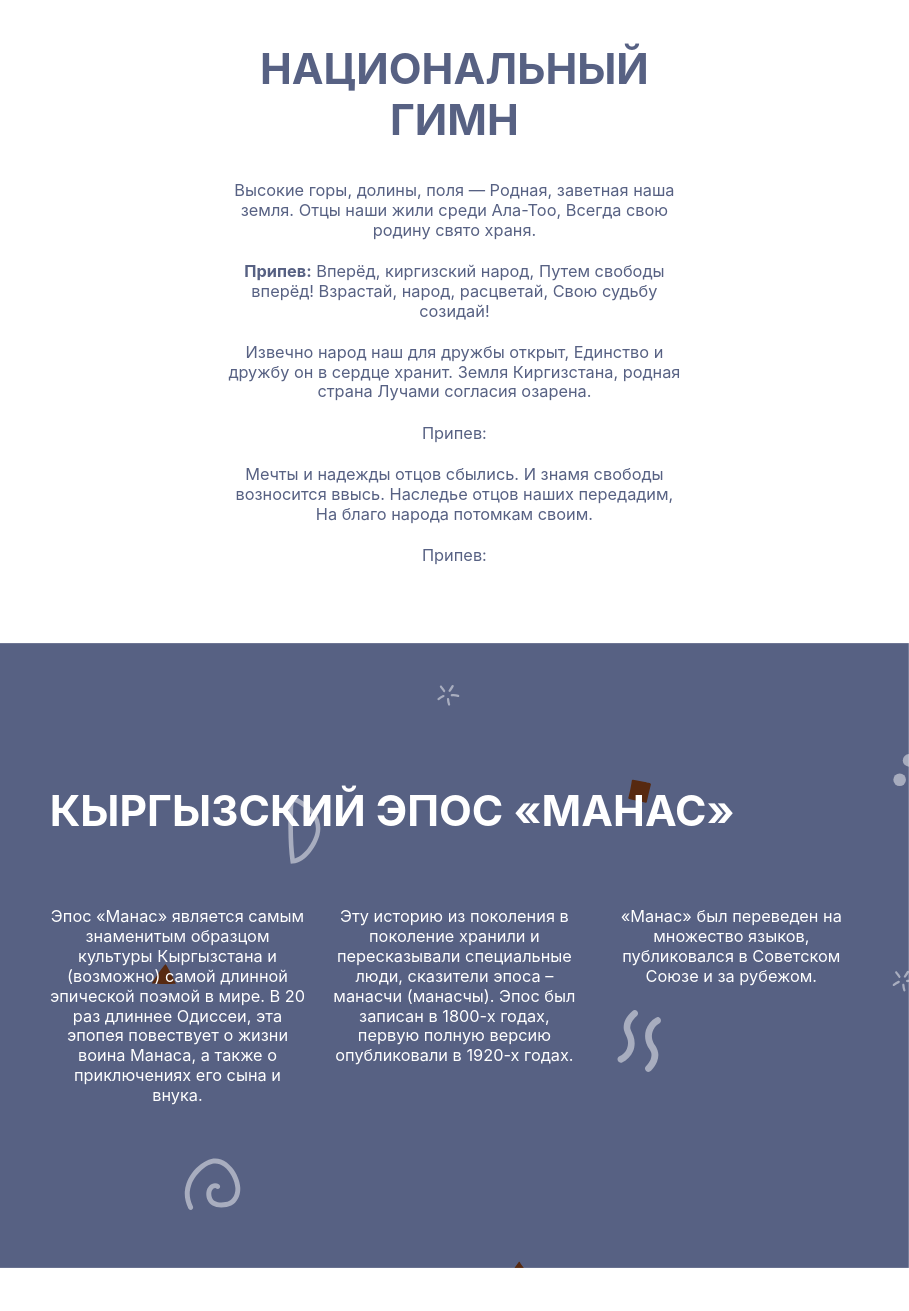
Repository: bek77g/KG_Bekzat
Page: index.html
These files come from the project's save history. The page is drawn as it stood at one moment and after the next save; the edit follows.
The browser window is 1280 px wide. The pictures show the part of the page from y = 828 to 2674 px (the page is 7350 px tall), at 71% of full size.
A picture or video elsewhere on the page could not be fetched, so the positions and the page height are approximate.

Above is the page before, as saved 2022-05-06 23:25:00.

### index.html
<!DOCTYPE html>
<html lang="en">
   <head>
      <meta charset="UTF-8" />
      <meta http-equiv="X-UA-Compatible" content="IE=edge" />
      <meta name="viewport" content="width=device-width, initial-scale=1.0" />
      <link rel="stylesheet" href="style.css" />
      <title>Document</title>
   </head>
   <body>
      <div class="top-menu-space"></div>
      <label class="not-visible" for="close-menu">Close Menu</label>
      <input
         class="close-menu"
         type="checkbox"
         id="close-menu"
         role="button"
         aria-label="Close Menu"
         />
      <aside class="menu">
         <div>
            <h1 class="logo">
               <a
                  onclick="getElementById('close-menu').checked = false;"
                  href="#home"
                  >Культура Кыргызстана</a
                  >
            </h1>
            <nav>
               <ul onclick="getElementById('close-menu').checked = false;">
                  <li>
                     <a href="#intro">Гимн</a>
                  </li>
                  <li>
                     <a href="#top-3">Эпос «Манас»</a>
                  </li>
                  <li>
                     <a href="#gallery">Галлерея</a>
                  </li>
                  <li>
                     <a href="#latest-work">Юрты</a>
                  </li>
                  <li>
                     <a href="#footer">Музеи</a>
                  </li>
               </ul>
            </nav>
         </div>
      </aside>
      <section class="section primary-background bg-svg-1">
         <div id="home"></div>
         <header id="main-header" class="main-header section-content">
            <div class="main-header-content">
               <h2>Культура Кыргызстана</h2>
               <p>
                  Культура Кыргызстана формировалась под сильным воздействием кочевой жизни. Кроме того, на неё оказали влияние культуры России, Персии и Турции, и все же она осталась довольно самобытной и уникальной. Связь кыргызской культуры с природой прослеживается везде: от дизайна до музыки. Одним из самых известных примеров кыргызской культуры является эпос «Манас» - невероятно длинное стихотворение, которое передавалось устно от одного поколения к другому.
               </p>
            </div>
            <img class="main-header-logo" src="https://www.advantour.com/img/kyrgyzstan/culture/kyrgyzstan-culture.jpg" alt="">
         </header>
      </section>
      <div id="intro" class="section white-background">
         <div class="section-content">
            <div class="text-container">
               <article>
                  <h2>Национальный гимн</h2>
                  <p>
                     Высокие горы, долины, поля —
                     Родная, заветная наша земля.
                     Отцы наши жили среди Ала-Тоо,
                     Всегда свою родину свято храня.
                  </p>
                  <p>
                     <b>Припев:</b>
                     Вперёд, киргизский народ,
                     Путем свободы вперёд!
                     Взрастай, народ, расцветай,
                     Свою судьбу созидай!
                  </p>
                  <p>
                     Извечно народ наш для дружбы открыт,
                     Единство и дружбу он в сердце хранит.
                     Земля Киргизстана, родная страна
                     Лучами согласия озарена.
                  </p>
                  <p>Припев:</p>
                  <p>Мечты и надежды отцов сбылись.
                     И знамя свободы возносится ввысь.
                     Наследье отцов наших передадим,
                     На благо народа потомкам своим.
                  </p>
                  <p>Припев:</p>
               </article>
            </div>
         </div>
      </div>
      <section id="top-3" class="section primary-background bg-svg-1">
         <div class="section-content portfolio">
            <div class="full-height">
               <header class="section-header">
                  <h2>Кыргызский эпос «Манас»</h2>
               </header>
               <div class="grid-section">
                  <article>
                     <p>
                        Эпос «Манас» является самым знаменитым образцом культуры Кыргызстана и (возможно) самой длинной эпической поэмой в мире. В 20 раз длиннее Одиссеи, эта эпопея повествует о жизни воина Манаса, а также о приключениях его сына и внука.
                     </p>
                  </article>
                  <article>
                     <p>
                        Эту историю из поколения в поколение хранили и пересказывали специальные люди, сказители эпоса – манасчи (манасчы). Эпос был записан в 1800-х годах, первую полную версию опубликовали в 1920-х годах.
                     </p>
                  </article>
                  <article>
                     <p>
                        «Манас» был переведен на множество языков, публиковался в Советском Союзе и за рубежом.
                     </p>
                  </article>
               </div>
            </div>
         </div>
      </section>
      <section id="gallery" class="section white-background">
         <div class="section-content portfolio">
            <div class="full-height">
               <header class="section-header">
                  <h2>Галлерея</h2>
                  <p>Достопримечательности и природа Кыргызстана</p>
               </header>
               <div class="grid-section">
                  <div class="gallery-images">
                     <img
                        src="https://www.advantour.com/img/kyrgyzstan/culture/kyrgyzstan-culture-monuments.jpg"
                        alt="Random Image"
                        />
                  </div>
                  <div class="gallery-images">
                     <img
                        src="https://www.advantour.com/img/kyrgyzstan/culture/kyrgyzstan-culture-costumes.jpg"
                        alt="Random Image"
                        />
                  </div>
                  <div class="gallery-images">
                     <img
                        src="https://www.advantour.com/img/kyrgyzstan/culture/kyrgyzstan-culture-yurts.jpg"
                        alt="Random Image"
                        />
                  </div>
                  <div class="gallery-images">
                     <img
                        src="https://www.advantour.com/img/kyrgyzstan/culture/kyrgyzstan-culture-textile.jpg"
                        alt="Random Image"
                        />
                  </div>
                  <div class="gallery-images">
                     <img
                        src="https://www.advantour.com/img/kyrgyzstan/culture/kyrgyzstan-culture-music.jpg"
                        alt="Random Image"
                        />
                  </div>
                  <div class="gallery-images">
                     <img
                        src="https://www.advantour.com/img/kyrgyzstan/culture/kyrgyzstan-culture-literature.jpg"
                        alt="Random Image"
                        />
                  </div>
                  <div class="gallery-images">
                     <img
                        src="https://external-content.duckduckgo.com/iu/?u=https%3A%2F%2Fi.pinimg.com%2Foriginals%2Fca%2F30%2F54%2Fca30541ad167cfe5857a0a7924ac3b3c.jpg&f=1&nofb=1"
                        alt="Random Image"
                        />
                  </div>
                  <div class="gallery-images">
                     <img
                        src="https://external-content.duckduckgo.com/iu/?u=https%3A%2F%2Ftse1.mm.bing.net%2Fth%3Fid%3DOIP.U_SMab4-BsffhtL9JytBXAHaGd%26pid%3DApi&f=1"
                        alt="Random Image"
                        />
                  </div>
                  <div class="gallery-images">
                     <img
                        src="https://external-content.duckduckgo.com/iu/?u=https%3A%2F%2Fi.pinimg.com%2Foriginals%2F46%2Fbd%2F55%2F46bd559725f291ae3466d5f51aa2dd99.jpg&f=1&nofb=1"
                        alt="Random Image"
                        />
                  </div>
               </div>
            </div>
         </div>
      </section>
      <section id="latest-work" class="section primary-background bg-svg-1">
         <div class="section-content portfolio">
            <div class="full-height">
               <h2>Кыргызские юрты</h2>
               <div class="grid-section">
                  <article>
                     <p>
                        Юрты - одна из важнейших частей кыргызской культуры, и это больше, чем просто дома. Они символизируют семью, землю и вселенную и покрывают все этапы жизни от рождения до смерти. С юртами связана большая часть кыргызской культуры, от важных ритуалов и церемоний, до ремесленничества и традиционного мастерства.
                     </p>
                  </article>
                  <article>
                     <p>
                        Кыргызские юрты сделаны из куполообразных березовых ветвей, привязанных к решетке, которая образует вертикальные стены. Наружная сторона сделана из войлока и шерсти – теплых водоотталкивающих материалов, которые легко чинятся. Решетчатый круг в центре купола юрты образует один из важнейших символов семьи и Вселенной - тундюк.
                     </p>
                  </article>
                  <div>
                     <img src="https://external-content.duckduckgo.com/iu/?u=https%3A%2F%2Ftse1.mm.bing.net%2Fth%3Fid%3DOIP.dO80GlJ43yFe0yd84VKvNgHaE8%26pid%3DApi&f=1" alt="">
                     <img src="https://external-content.duckduckgo.com/iu/?u=https%3A%2F%2Ftse4.mm.bing.net%2Fth%3Fid%3DOIP.8JaFWwNGWMas28dDpVPfrAHaEx%26pid%3DApi&f=1" alt="">
                  </div>
               </div>
            </div>
         </div>
      </section>
      <div id="pricing" class="section white-background">
         <div class="section-content">
            <div class="text-container">
               <article>
                  <h2>Кыргызская музыка</h2>
                  <p>
                     Кыргызская музыка примечательна тем, что повествует о природе и жизни в горах. Тексты многих песен рассказывают о буднях кочевников, и даже в композициях, где нет слов, тонко передано соответствующее настроение. В Кыргызстане есть множество музыкальных инструментов
                  </p>
                  <div class="responsive-table">
                     <ul>
                        <li>Наиболее знаковым является комуз, трехструнный инструмент, напоминающий небольшую гитару</li>
                        <li>Кыл-кыяк (кыяк) – струнный инструмент со смычком. Его изготавливают из тех же пород дерева, что и камуз. Инструмент имеет две струны и смычок – джаа. У кыяка форма ковша, с открытой верхней половиной, а нижняя обтянута верблюжьей кожей.</li>
                        <li>Темир-комуз - щипковый язычковый музыкальный инструмент.</li>
                        <li>Чопо-чоор (глиняный «чор») – древний духовой инструмент. Исполнитель держит инструмент у рта, пальцами перебирая отверстия, расположенные по длине чопо-чоор. Тембр инструмента глубокий и ясный в низких звуках несколько гнусавый.</li>
                     </ul>
                  </div>
               </article>
            </div>
         </div>
      </div>
      <div id="intro" class="section white-background">
         <div class="section-content">
            <div class="text-container">
               <article>
                  <h2>Кыргызская одежда</h2>
                  <img src="https://triptokyrgyzstan.com/sites/default/files/media/image/img_7083.jpg" alt="">
                  <p>В кыргызской одежде отражен кочевой образ жизни, видны особенности различных регионов. Превалируют натуральные материалы: шерсть, войлок, кожа, грубые ткани. В дизайне используются орнаменты и темы, вдохновленные природой и племенными традициями. Сегодня в Кыргызстане носят современную западную одежду, но и в ней присутствуют традиционные элементы, которыми кыргызы очень гордятся.</p>
               </article>
            </div>
         </div>
      </div>
      <footer id="footer" class="footer bg-svg-1">
      <div class=" section-content">
      <section class="main-header-content">
         <h2>Кыргызские музеи</h2>
         <p>
            В Кыргызстан обычно едут не ради посещения музеев, но всё же экспозиции кыргызских музеев довольно интересны и информативны. Самыми крупными и известными музеями Кыргызстана являются Государственный исторический музей и Музей изящных искусств в Бишкеке, но поездка в Бишкек будет неполной без посещения Дома-музея Фрунзе – прекрасно сохранившийся дом советского революционера. Ошский государственный историко-археологический музей демонстрирует единственный в Кыргызстане объект, входящий в список Всемирного наследия ЮНЕСКО. Дом-музей Пржевальского в Караколе - дань уважения знаменитому исследователю, одному из первых, кто изучил этот район. Рядом с башней Бурана находится археологический музей, где посетители могут узнать больше о древней истории Кыргызстана.
         </p>
      </section>
      <a
         class="back-to-top"
         role="button"
         aria-label="Back to top"
         title="Back to top"
         href="#home"
         ></a>
      <!-- Created by Jeenkulov Beknur <._.> -->
   </body>
</html>

Loaded but not shown: style.css (600 lines, source omitted)

After the next save:
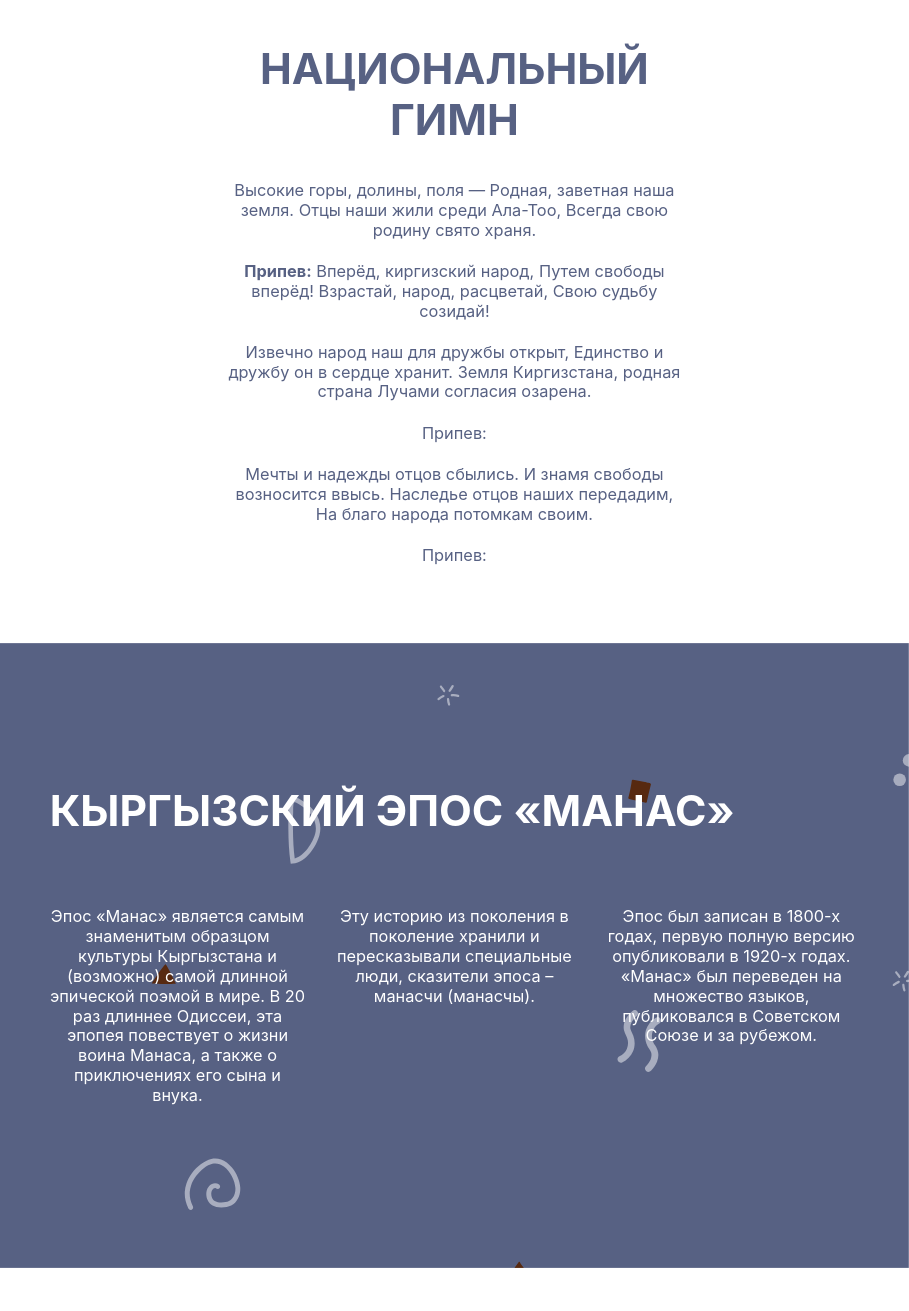
Saved 74 s later.
--- a/index.html
+++ b/index.html
@@ -108,12 +108,12 @@
                   </article>
                   <article>
                      <p>
-                        Эту историю из поколения в поколение хранили и пересказывали специальные люди, сказители эпоса – манасчи (манасчы). Эпос был записан в 1800-х годах, первую полную версию опубликовали в 1920-х годах.
-                     </p>
-                  </article>
-                  <article>
-                     <p>
-                        «Манас» был переведен на множество языков, публиковался в Советском Союзе и за рубежом.
+                        Эту историю из поколения в поколение хранили и пересказывали специальные люди, сказители эпоса – манасчи (манасчы).
+                     </p>
+                  </article>
+                  <article>
+                     <p>
+                        Эпос был записан в 1800-х годах, первую полную версию опубликовали в 1920-х годах. «Манас» был переведен на множество языков, публиковался в Советском Союзе и за рубежом.
                      </p>
                   </article>
                </div>
